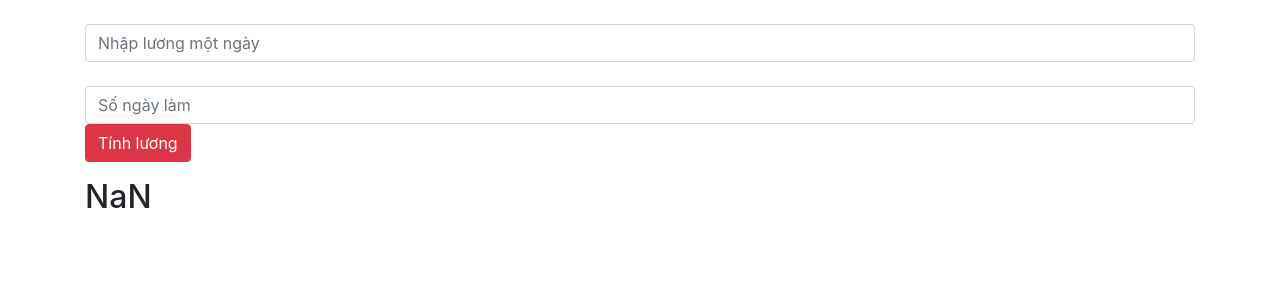
Repository: thanhfrankie/BC10-LeMinhThanh-Js-b2-3
Page: index.html
The author's editor kept a copy of each file at every save. The page is drawn from the files as they stood at one save, then again after a run of saves.
The browser window is 1280 px wide. The pictures show the whole page.

Above is the page before, as saved 2023-12-15 15:12:10.

### index.html
<!doctype html>
<html lang="en">
  <head>
    <title>Title</title>
    <!-- Required meta tags -->
    <meta charset="utf-8">
    <meta name="viewport" content="width=device-width, initial-scale=1, shrink-to-fit=no">

    <!-- Bootstrap CSS -->
    <link rel="stylesheet" href="https://stackpath.bootstrapcdn.com/bootstrap/4.3.1/css/bootstrap.min.css" integrity="sha384-ggOyR0iXCbMQv3Xipma34MD+dH/1fQ784/j6cY/iJTQUOhcWr7x9JvoRxT2MZw1T" crossorigin="anonymous">
  </head>
  <body>
    <!-- Bài tập 1 -->
    <div class="container">
      <div class="form-group">
        <label for="luong-mot-ngay"></label>
        <input type="number"
          class="form-control" name="" id="luong-mot-ngay" aria-describedby="helpId" placeholder="Nhập lương một ngày" required>
        <label for="so-ngay-lam"></label>
        <input type="number"
          class="form-control" name="" id="so-ngay-lam" aria-describedby="helpId" placeholder="Số ngày làm" required>
          <button type="button" onclick="tinhLuong()" class="btn btn-danger">Tính lương</button>
      </div>
      <h2 id="luong-nhan-duoc" >  </h2>
    </div>







    <!-- Optional JavaScript -->
    <!-- jQuery first, then Popper.js, then Bootstrap JS -->
    <script src="https://code.jquery.com/jquery-3.3.1.slim.min.js" integrity="sha384-q8i/X+965DzO0rT7abK41JStQIAqVgRVzpbzo5smXKp4YfRvH+8abtTE1Pi6jizo" crossorigin="anonymous"></script>
    <script src="https://cdnjs.cloudflare.com/ajax/libs/popper.js/1.14.7/umd/popper.min.js" integrity="sha384-UO2eT0CpHqdSJQ6hJty5KVphtPhzWj9WO1clHTMGa3JDZwrnQq4sF86dIHNDz0W1" crossorigin="anonymous"></script>
    <script src="https://stackpath.bootstrapcdn.com/bootstrap/4.3.1/js/bootstrap.min.js" integrity="sha384-JjSmVgyd0p3pXB1rRibZUAYoIIy6OrQ6VrjIEaFf/nJGzIxFDsf4x0xIM+B07jRM" crossorigin="anonymous"></script>
    <script src="./index.js"></script>

  </body>
</html>

### index.js
// Bài tập 1
/**
 * B1: tạo biến, lấy giá trị từ input
 * B2: Tính lương
 * + tạo function để tính ra lương: lương 1 ngày * số ngày làm
 * + gán sự kiện click cho button
 * B3: hiển thị kết quả
 */
// B1:
var luongMotNgay = document.getElementById("luong-mot-ngay")
console.log("🥶 - luongMotNgay:", luongMotNgay)
var luongMotNgayValue = luongMotNgay.value
console.log("🥶 - luongMotNgayValue:", luongMotNgayValue)
var soNgayLam = document.getElementById("so-ngay-lam").value
console.log("🥶 - soNgayLam:", soNgayLam)

// B2:

var luongNhanDuoc = document.getElementById("luong-nhan-duoc")
luongNhanDuoc.innerText = luongMotNgay * soNgayLam
function tinhLuong() {
}

After the next 9 saves:
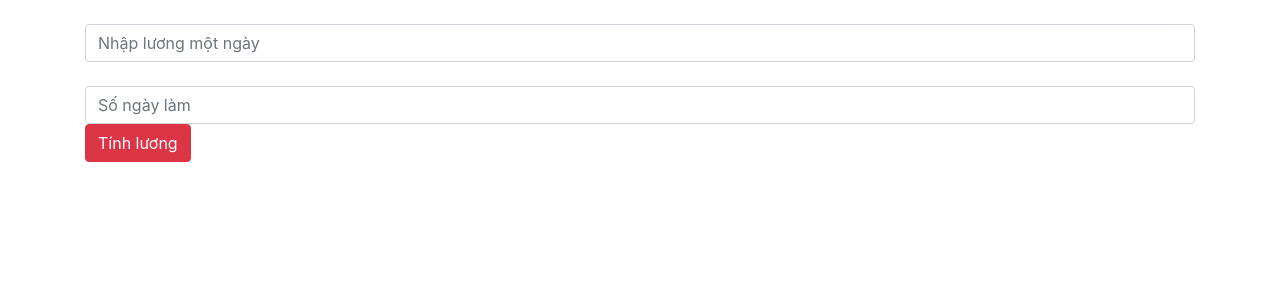
The 9 saves are shown as one change because they came seconds apart.
The last was saved 54 s later.
--- a/index.js
+++ b/index.js
@@ -7,16 +7,14 @@
  * B3: hiển thị kết quả
  */
 // B1:
-var luongMotNgay = document.getElementById("luong-mot-ngay")
-console.log("🥶 - luongMotNgay:", luongMotNgay)
-var luongMotNgayValue = luongMotNgay.value
-console.log("🥶 - luongMotNgayValue:", luongMotNgayValue)
-var soNgayLam = document.getElementById("so-ngay-lam").value
-console.log("🥶 - soNgayLam:", soNgayLam)
+
 
 // B2:
 
-var luongNhanDuoc = document.getElementById("luong-nhan-duoc")
+
+function tinhLuong() {
+    var luongMotNgay = document.getElementById("luong-mot-ngay").value
+    var soNgayLam = document.getElementById("so-ngay-lam").value
+    var luongNhanDuoc = document.getElementById("luong-nhan-duoc")
 luongNhanDuoc.innerText = luongMotNgay * soNgayLam
-function tinhLuong() {
 }
